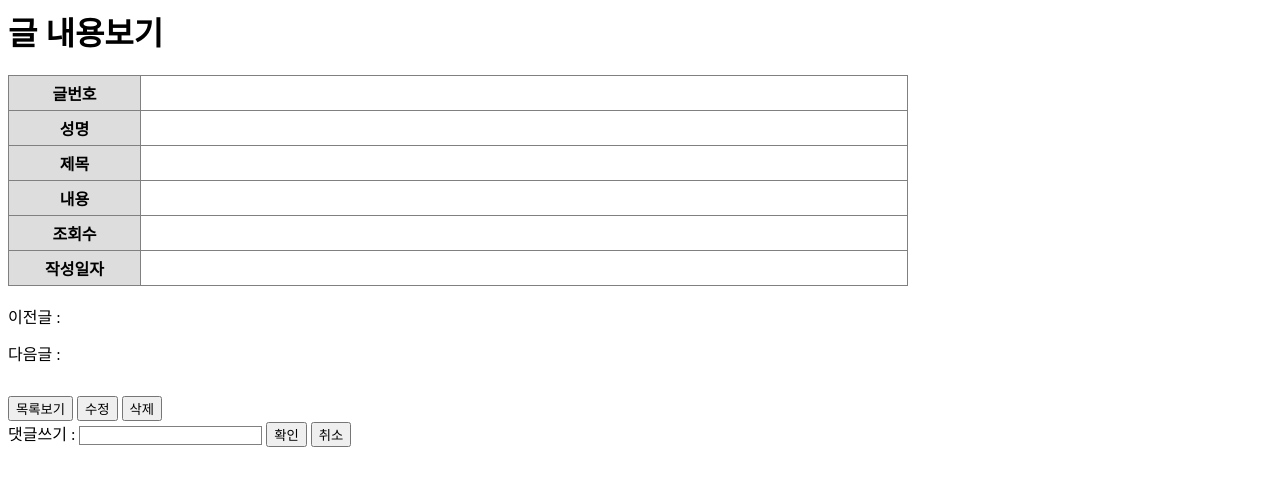
Repository: gold37/Spring
Page: http://localhost/Board/WEB-INF/views/tiles1/board/view.jsp
The author's editor kept a copy of each file at every save. The page is drawn from the files as they stood at one save, then again after the next save.
The browser window is 1280 px wide. The pictures show the whole page.
The page is served by Tomcat 9. Nobody is signed in. Other server files are loaded and not shown. The template is opened directly, without the code that normally fills it, so the values that code supplies are empty.

Above is the page before, as saved 2020-07-17 05:30:59.
Console error: ReferenceError: $ is not defined

### springworkspace/Board/src/main/webapp/WEB-INF/views/tiles1/board/view.jsp
<%@ page language="java" contentType="text/html; charset=UTF-8"
    pageEncoding="UTF-8"%>

<%@ taglib prefix="c" uri="http://java.sun.com/jsp/jstl/core" %>

<style>

table, th, td, input, textarea {
	border: solid gray 1px;
}

#table, #table2 {
	border-collapse: collapse;
 	width: 900px;
}

#table th, #table td{padding: 5px;}
#table th{width: 120px; background-color: #DDDDDD;}
#table td{width: 750px;}
.long {width: 470px;}
.short {width: 120px;}

.move {cursor: pointer;}
.moveColor {font-weight: bold;}

a {text-decoration: none !important;}


</style>

<script type="text/javascript">

	$(document).ready(function(){

		$(".move").hover(function(){
						$(this).addClass("moveColor");
					},
					function(){
						$(this).removeClass("moveColor");
					});

	});


</script>


<div style="">
	<h1>글 내용보기</h1>

	<table id="table" style="word-wrap: break-word; table-layout: fixted;">
		<tr>
			<th>글번호</th>
			<td>${boardvo.seq}</td>
		</tr>
		<tr>
			<th>성명</th>
			<td>${boardvo.name}</td>
		</tr>
		<tr>
			<th>제목</th>
			<td>${boardvo.subject}</td>
		</tr>
		<tr>
			<th>내용</th>
			<td>
				<p style="word-break: break-all;">${boardvo.content}</p>
				<%--
					style="word-break: break-all; 은 공백없는 긴영문일 경우 width 크기를 뚫고 나오는 것을 막는 것임.
					그런데 style="word-break: break-all; 나 style="word-wrap: break-word; 은
			       	테이블태그의 <td>태그에는 안되고 <p> 나 <div> 태그안에서 적용되어지므로 <td>태그에서 적용하려면
			    	<table>태그속에 style="word-wrap: break-word; table-layout: fixed;" 을 주면 된다.
				--%>
			</td>
		</tr>
		<tr>
			<th>조회수</th>
			<td>${boardvo.readCount}</td>
		</tr>
		<tr>
			<th>작성일자</th>
			<td>${boardvo.regDate}</td>
		</tr>
	</table>

	<br/>

	<div style="margin-bottom: 1%;">이전글&nbsp;:&nbsp;<span class="move" onclick="javascript:location.href='view.action?seq=${boardvo.previousseq}'">${boardvo.previoussubject}</span></div>
	<div style="margin-bottom: 1%;">다음글&nbsp;:&nbsp;<span class="move" onclick="javascript:location.href='view.action?seq=${boardvo.nextseq}'">${boardvo.nextsubject}</span></div>

	<br/>

	<button type="button" onclick="javascript:location.href='list.action'" >목록보기</button>
	<button type="button" onclick="javascript:location.href='edit.action?seq=${boardvo.seq}'" >수정</button>
	<button type="button" onclick="javascript:location.href='delete.action?seq=${boardvo.seq}'" >삭제</button>


	<div>
	댓글쓰기 : <input type="text" >
	<button>확인</button>
	<button>취소</button>
	</div>
</div>

After the next save:
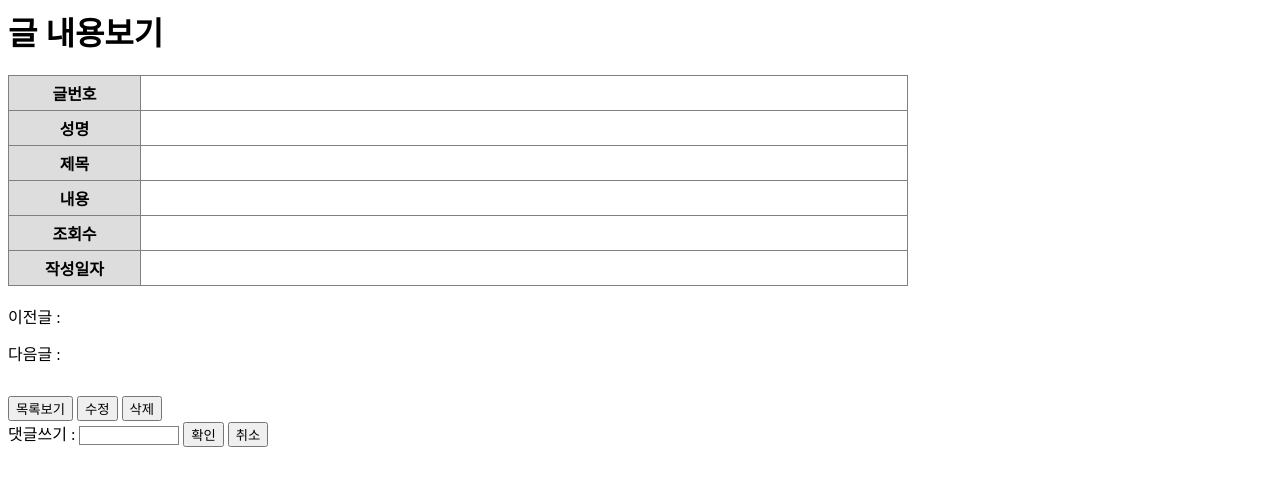
Saved 29 s later.
--- a/springworkspace/Board/src/main/webapp/WEB-INF/views/tiles1/board/view.jsp
+++ b/springworkspace/Board/src/main/webapp/WEB-INF/views/tiles1/board/view.jsp
@@ -96,7 +96,7 @@ a {text-decoration: none !important;}
 
 
 	<div>
-	댓글쓰기 : <input type="text" >
+	댓글쓰기 : <input type="text" style="width: 100px; " >
 	<button>확인</button>
 	<button>취소</button>
 	</div>
